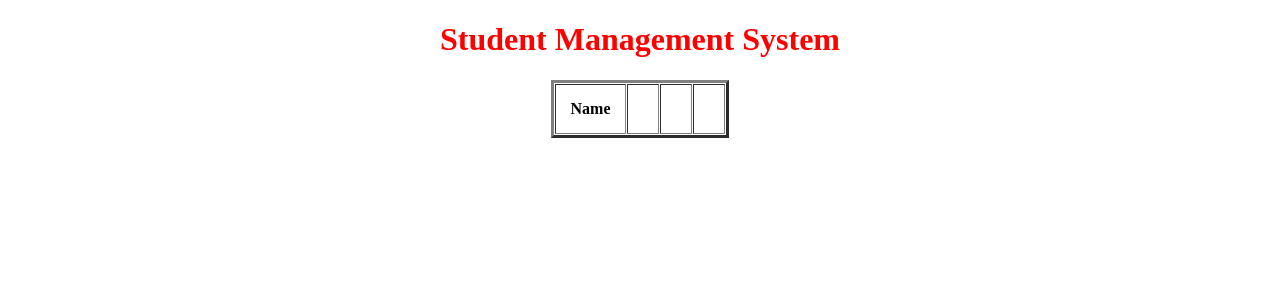
Repository: Aviligonda/Servlet_Programs
Page: http://localhost/StudentManagementSystem/viewStudent.jsp
The author's editor kept a copy of each file at every save. The page is drawn from the files as they stood at one save, then again after the next save.
The browser window is 1280 px wide. The pictures show the whole page.
The page is served by Tomcat 9. Queries for data that is not in the repository find no rows.

Above is the page before, as saved 2024-11-24 15:10:35.

After the next save:
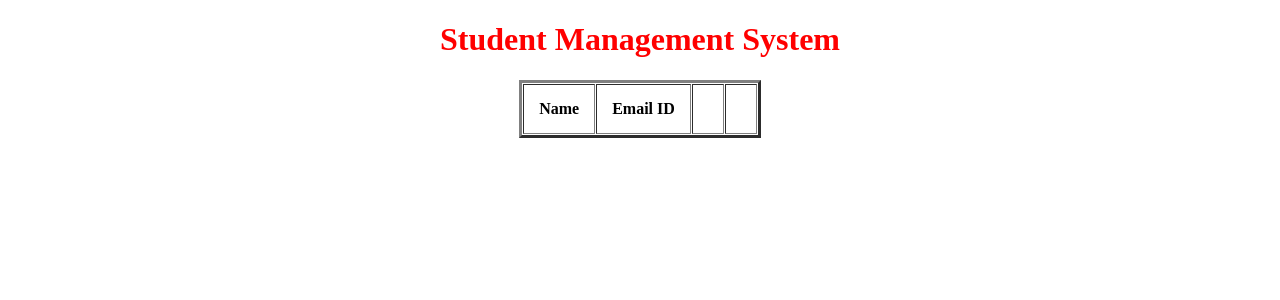
Saved 8 s later.
--- a/StudentManagementSystem/src/main/webapp/viewStudent.jsp
+++ b/StudentManagementSystem/src/main/webapp/viewStudent.jsp
@@ -18,7 +18,7 @@
 	Statement statement = connection.createStatement();
 	ResultSet resultSet = statement.executeQuery("select * from sms");
 	out.print("<table border='3' align='center' cellspacing='1' cellpadding='15'>");
-	out.print("<tr><th>Name</th><th></th><th></th><th></th></tr>");
+	out.print("<tr><th>Name</th><th>Email ID</th><th></th><th></th></tr>");
 	while(resultSet.next()){
 		out.println(resultSet.getString(1)+"\n "+resultSet.getString(2)+" "+resultSet.getString(3)+" "+resultSet.getString(4));
 		out.println("\n");
